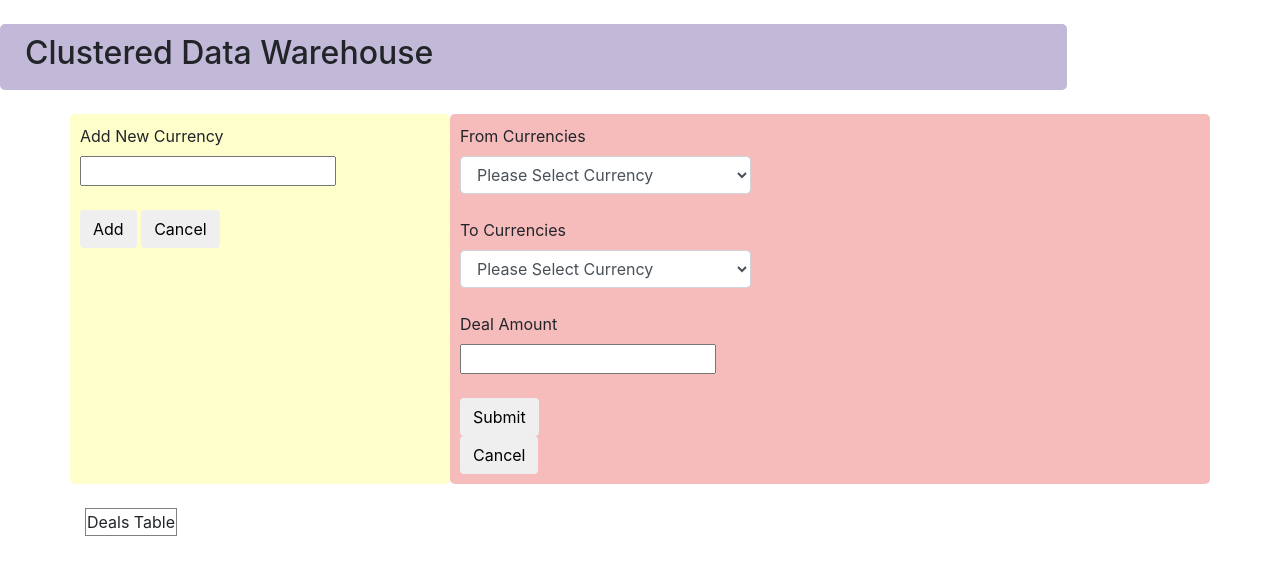
Repository: AlhassanAbuGhazaleh/ProgressSoftProject
Page: http://localhost/Clustered_Data__Alhasan_Abu_Ghazaleh_/WEB-INF/views/home.jsp
These files come from the project's save history. The page is drawn as it stood at one moment and after a run of saves; the edit follows.
The browser window is 1280 px wide. The pictures show the whole page.
The page is served by Tomcat 9. Nobody is signed in. Other server files are loaded and not shown. The template is opened directly, without the code that normally fills it, so the values that code supplies are empty.

Above is the page before, as saved 2020-10-10 08:34:45.
Console error: ReferenceError: $ is not defined

### Clustered Data (Alhasan Abu Ghazaleh)/src/main/webapp/WEB-INF/views/home.jsp
<%@page contentType="text/html" pageEncoding="UTF-8" isELIgnored="false"%>
<!DOCTYPE HTML PUBLIC "-//W3C//DTD HTML 4.01 Transitional//EN"
   "http://www.w3.org/TR/html4/loose.dtd">

<html>
<head>
<link rel="stylesheet"
	href="https://maxcdn.bootstrapcdn.com/bootstrap/4.0.0/css/bootstrap.min.css"
	integrity="sha384-Gn5384xqQ1aoWXA+058RXPxPg6fy4IWvTNh0E263XmFcJlSAwiGgFAW/dAiS6JXm"
	crossorigin="anonymous">

<%@ taglib prefix="c" uri="http://java.sun.com/jsp/jstl/core"%>
<%@ taglib prefix="fmt" uri="http://java.sun.com/jsp/jstl/fmt"%>
<%@ taglib prefix="fn" uri="http://java.sun.com/jsp/jstl/functions"%>
<%@ taglib prefix="s" uri="http://www.springframework.org/tags"%>
<%@page import="java.util.Calendar"%>
<%@page import="java.util.GregorianCalendar"%>

<script src="<c:url value="/resources/js/home.js"></c:url>"
	type="text/javascript"></script>


<meta http-equiv="Content-Type" content="text/html; charset=ISO-8859-1">

<title>Clustered Data Warehouse</title>
</head>
<body>
	<br>
	<div class="col-sm-10"
		style="border-radius: 5px; background-color: #C2B8D7; padding: 10px;">
		<div class="container">
			<div style="align-content: center">
				<h2>Clustered Data Warehouse</h2>
			</div>
		</div>
	</div>
	<br>
	<div class="container">
		<div class="row">
			<div class="col-sm-4"
				style="border-radius: 5px; background-color: #FFFFCC; padding: 10px;">
				<form id="addCurrencyForm">
					<div class="row">
						<div class="col-md-6">
							<label class="control-label">Add New Currency</label> <input
								type="text" name="currency" id="currency">
						</div>
					</div>
					<br>
					<div class="row">
						<div class="col-md-6">
							<button type="submit" class="btn blue" id="addCurrency">Add</button>
							<button type="button" class="btn default" id="cancelAddCurrency">Cancel</button>
						</div>
					</div>

				</form>
			</div>

			<div class="col-sm-8"
				style="border-radius: 5px; background-color: #F6BCBC; padding: 10px;">
				<form id="DealForm">
					<div class="row">
						<div class="col-md-5">
							<label class="control-label">From Currencies</label> <select
								onchange="updateToCurrencies()" class="form-control"
								id="fromCurrency" name="fromCurrency">
								<option selected>Please Select Currency</option>
								<c:forEach items="${currencies}" var="currency">
									<option value="${currency}">${currency.currencyName}</option>
								</c:forEach>
							</select>
						</div>
					</div>
					<br>
					<div class="row">
						<div class="col-md-5">
							<label class="control-label">To Currencies</label> <select
								class="form-control" id="toCurrency" name="toCurrency">
								<option selected>Please Select Currency</option>
								<c:forEach items="${currencies}" var="currency">
									<option value="${currency}">${currency.currencyName}</option>
								</c:forEach>
							</select>
						</div>
					</div>
					<br>
					<div class="row">
						<div class="col-md-2">
							<label class="control-label">Deal Amount</label> <input
								type="text" name="amount" id="amount">
						</div>
					</div>
					<br>
					<div class="row">
						<div class="col-md-2">
							<div class="form-actions">
								<button type="submit" class="btn blue" id="submitBtn">Submit</button>
								<button type="button" class="btn default" id="cancelBtn">Cancel</button>
							</div>
						</div>
					</div>
				</form>
			</div>

		</div>
	</div>
	<br>
	<div class="container">
		<div class="form-group">
			<table id="currenciesTable" border="1">
				<thead class="dataTableHeader">
					<tr>
						<td>Deals Table</td>
					</tr>
				</thead>
				<tbody>
					<c:forEach items="${currencies}" var="currency">
						<c:if test="${not empty currency}">
							<tr>
								<td>${currency.currencyName}</td>
							</tr>
						</c:if>
						<c:if test="${empty currency}">
							<tr>
								<td>There's No Currencies</td>
							</tr>
						</c:if>
					</c:forEach>
				</tbody>
			</table>
		</div>
	</div>
</body>
</html>

### Clustered Data (Alhasan Abu Ghazaleh)/src/main/webapp/resources/js/home.js
$(document).ready(
		function() {

			$("#cancelBtn").click(function() {
				window.location.href = '../home';
			});

			$("#taskForm").on(
					'submit',
					function(e) {
						e.preventDefault();
						if (validateForm()) {
							submitTaskForm();
						} else {
							toastrNotification("error",
									"Please fill the required fields.",
									"Invalid Fields", "");
						}
					});

		});

function validateForm() {
	debugger;
	var isValid = true;
	// var taskType = $("#taskType").val();
	// $("#eventKeys").val().length == 0
	// if (taskType == "CRM" || taskType == "UQUIZ" || taskType == "UMNICOIN") {
	// if (isEmpty("#eventKeys")) {
	// isValid = false;
	// }
	// } else if (taskType == "QUESTION_TEXT") {
	// if (isEmpty("#option1Text")) {
	// isValid = false;
	// }
	// if (isEmpty("#option2Text")) {
	// isValid = false;
	// }
	// }
	// if (isEmpty("#taskTitleText")) {
	// toastrNotification("error", "Please fill the title field",
	// "Invalid Fields", "");
	// isValid = false;
	// }

	return isValid;
}

function submitDealForm() {
	if (validateForm() == true) {
		formData = $('#DealForm').serialize();
		$.ajax({
			url : "../submitDeal",
			type : "POST",
			data : formData,
			complete : function() {
				console.log("complete");
			},
			success : function(ajaxNotification) {
				if (ajaxNotification.status == "success") {
					// window.location.href = "../home";
				} else {
					toastrNotification(ajaxNotification.status,
							ajaxNotification.message, ajaxNotification.title,
							"");
				}
			},
			error : function(jqXHR, textStatus, errorThrown) {
				$("#loader-wrapper").attr("style",
						"background: black; opacity: 0.6;display:none");
				console.log(jqXHR);
				console.log(textStatus);
				console.log(errorThrown);
				$('#ajax_div').hide();
			}
		});
	}
}

function updateToCurrencies() {

	var fromCurrency = $('#fromCurrency').val();
	$.ajax({
		url : "getSubTasks/" + taskType,
		type : "GET",
		complete : function() {
			console.log("complete");
		},
		success : function(subTaskList) {
			var items = '';
			for (var i = 0; i < subTaskList.length; i++) {
				items += "<option value='" + subTaskList[i].title + "' ";
				items += ">" + subTaskList[i].title + "</option>";
			}
			$("#subTask").html(items);
			// $('#eventKeys').change();
			debugger;
			$('#eventKeys').find('option').remove().end();
		},
		error : function(jqXHR, textStatus, errorThrown) {
			$("#loader-wrapper").attr("style",
					"background: black; opacity: 0.6;display:none");
			console.log(jqXHR);
			console.log(textStatus);
			console.log(errorThrown);
			$('#ajax_div').hide();
		}
	});
}

After the next 2 saves:
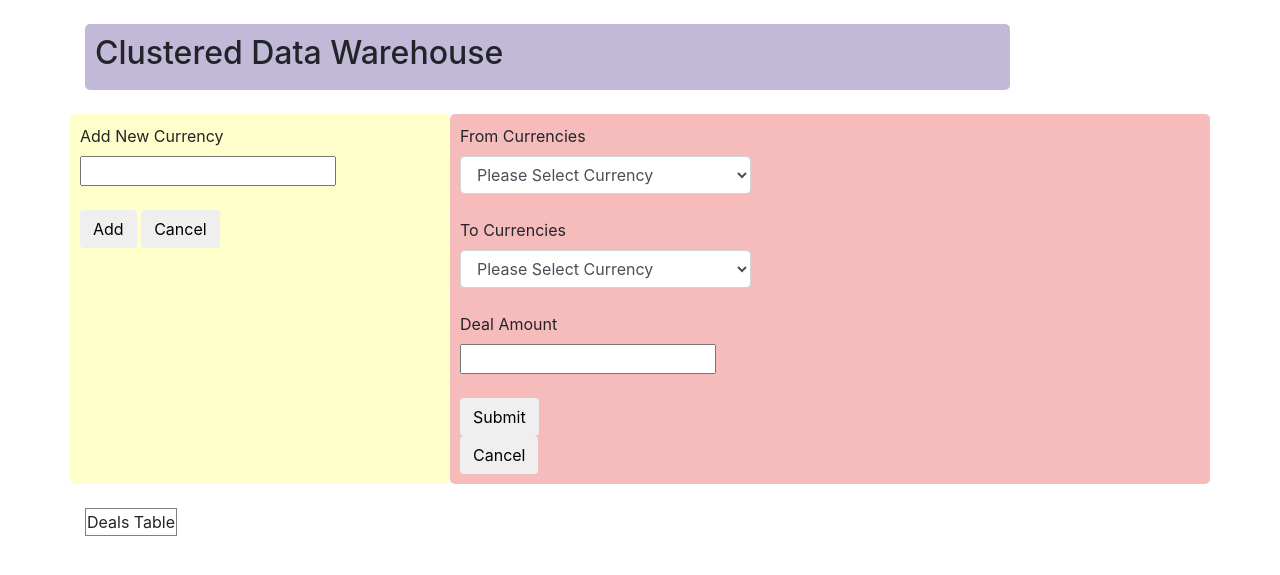
The 2 saves are shown as one change because they came seconds apart.
The last was saved 13 s later.
--- a/Clustered Data (Alhasan Abu Ghazaleh)/src/main/webapp/WEB-INF/views/home.jsp
+++ b/Clustered Data (Alhasan Abu Ghazaleh)/src/main/webapp/WEB-INF/views/home.jsp
@@ -26,9 +26,9 @@
 </head>
 <body>
 	<br>
-	<div class="col-sm-10"
-		style="border-radius: 5px; background-color: #C2B8D7; padding: 10px;">
-		<div class="container">
+	<div class="container">
+		<div class="col-sm-10"
+			style="border-radius: 5px; background-color: #C2B8D7; padding: 10px;">
 			<div style="align-content: center">
 				<h2>Clustered Data Warehouse</h2>
 			</div>
